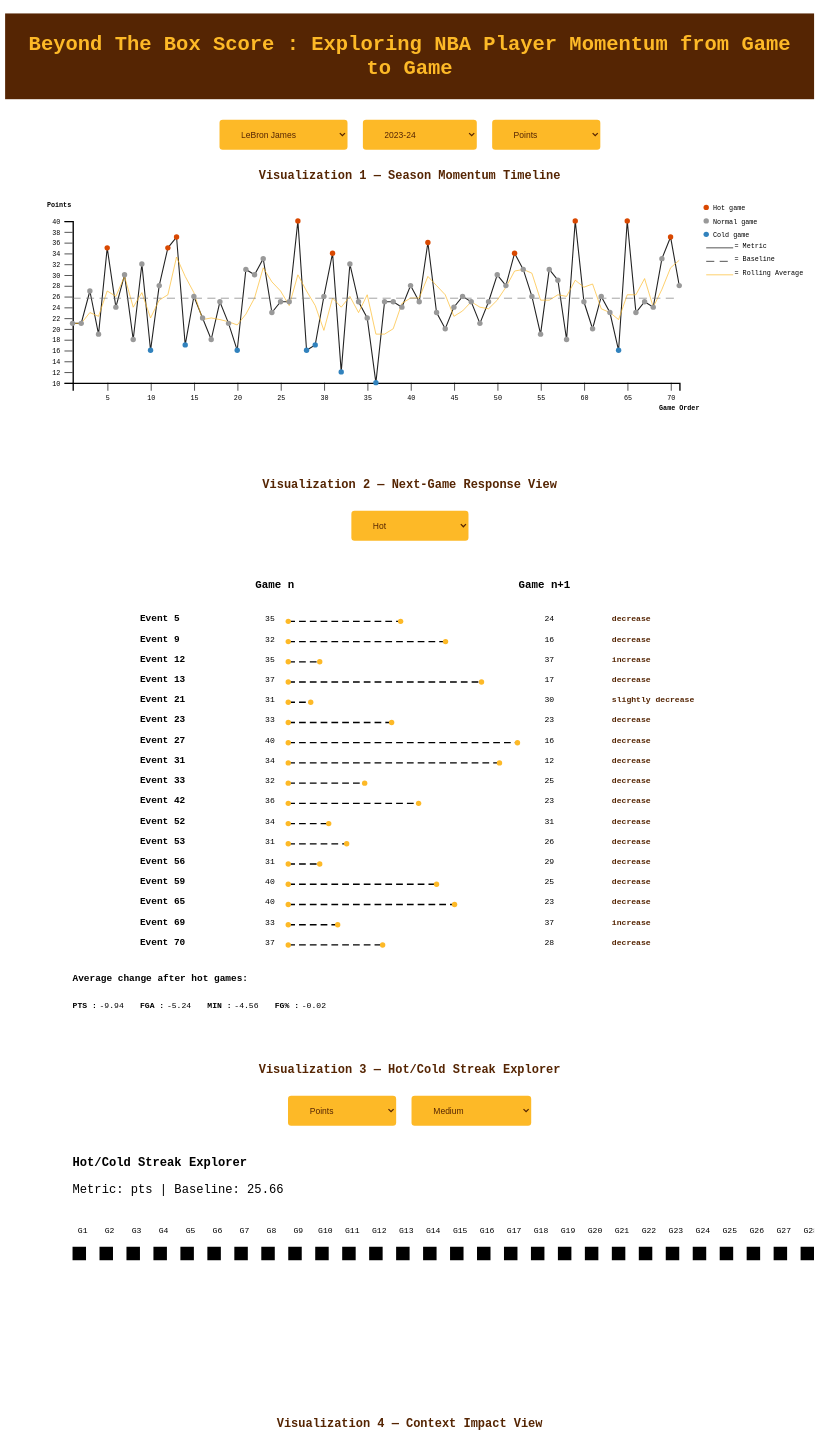
Repository: houdafatih/Data-Viz-Project
Page: index.html
An editor plug-in stored every save of this project. The page is shown before and after the next save, followed by the edit.
The browser window is 1280 px wide. The pictures show the whole page, at 64% of full size.

Above is the page before, as saved 2026-06-21 02:31:30.
Console error: TypeError: scale is not a function

After the next save:
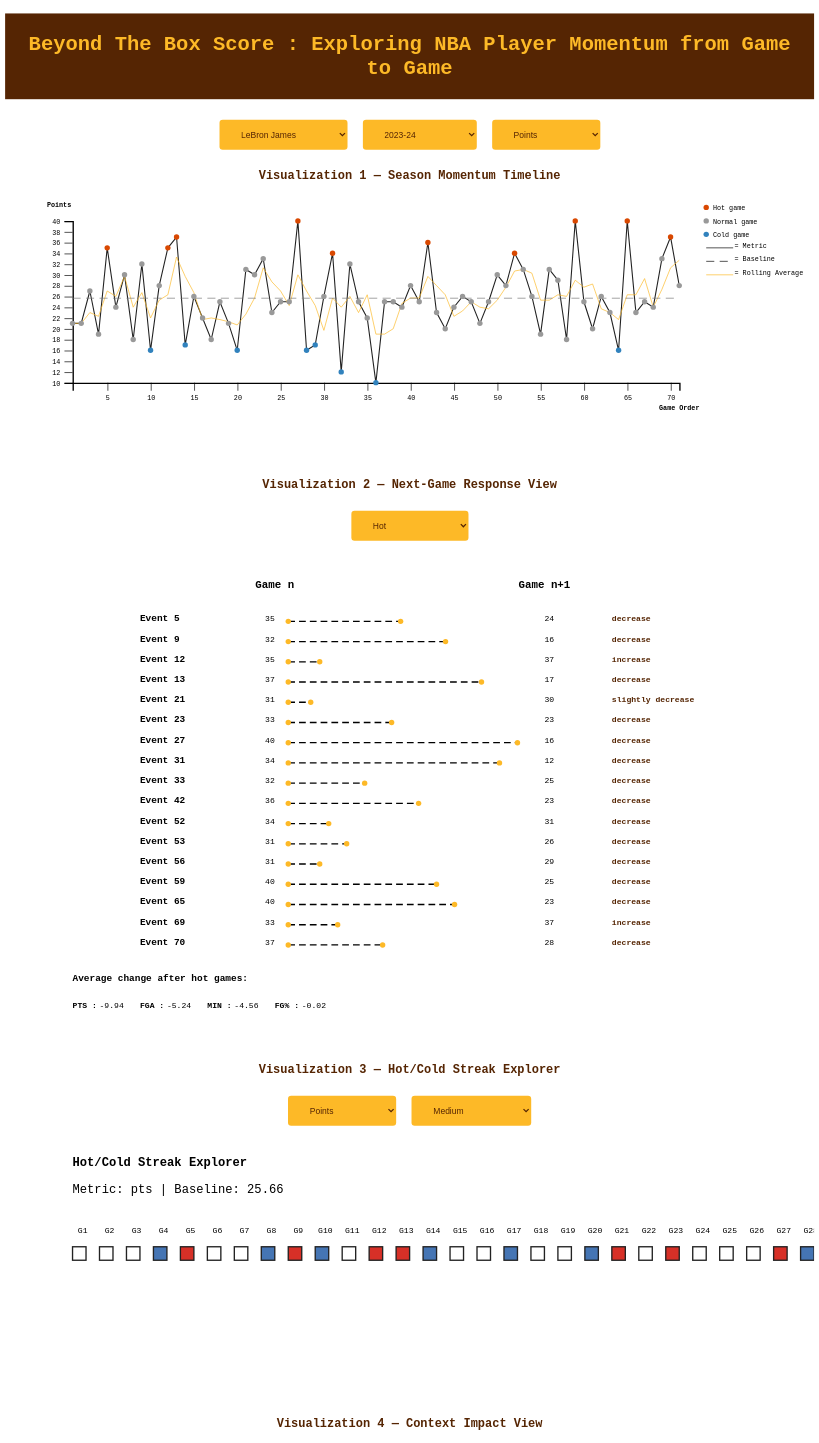
The error is gone.
Saved 55 s later.
--- a/scripts/visualization3.js
+++ b/scripts/visualization3.js
@@ -66,6 +66,7 @@
     const color_sc = d3.scaleOrdinal()
     .domain(["hot","normal","cold"])
     .range(["#d73027","#fff","#4575b4"])
+    return color_sc
 }
 
 function addTitle(svg,canvas,baseline,metric){
